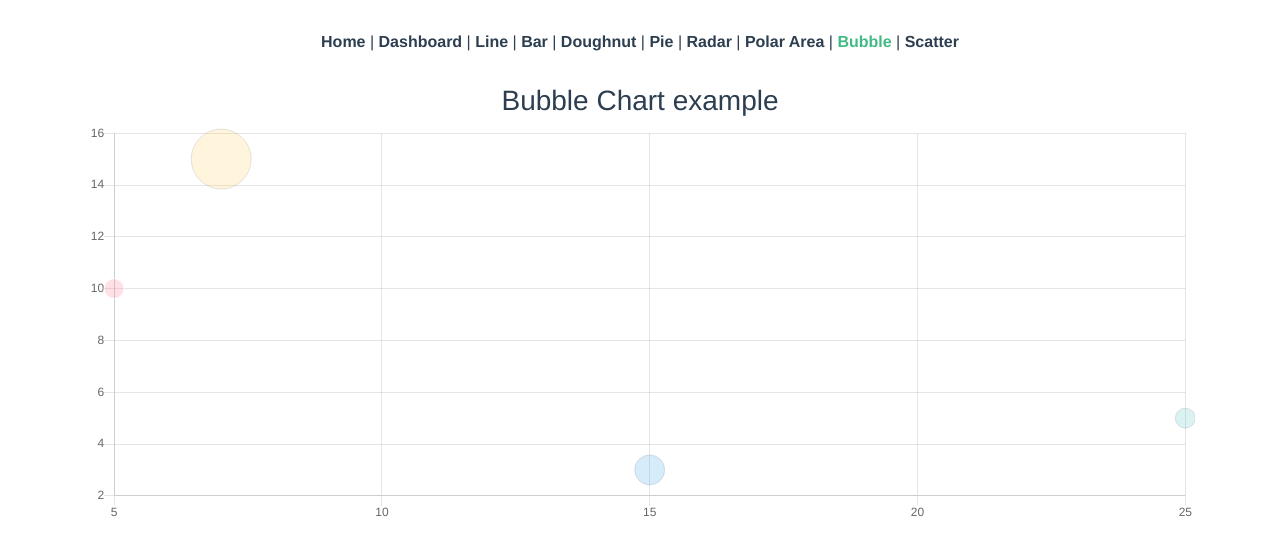
Repository: nashthecoder/vue_learn
Page: /bubble (app in client/)
These files come from the project's save history. The page is drawn as it stood at one moment and after the next save; the edit follows.
The browser window is 1280 px wide. The pictures show the whole page.
The project was rebuilt for these pictures with package versions that can differ from the ones it lists, and the page was loaded fresh each time. Imported but missing from the stored project, and not drawn on this page: client/src/views/Home.vue.

Above is the page before, as saved 2020-12-24 21:41:38.

After the next save:
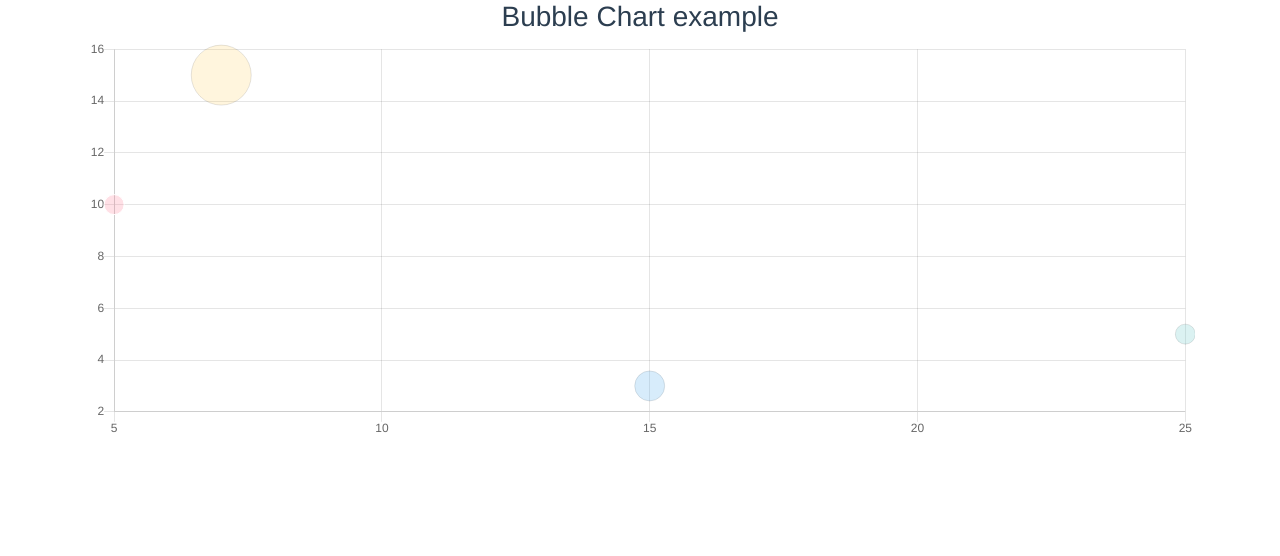
Saved 12 min 28 s later.
--- a/client/src/App.vue
+++ b/client/src/App.vue
@@ -1,17 +1,6 @@
 <template>
   <div id="app">
-    <div id="nav">
-      <router-link to="/">Home</router-link> |
-      <router-link to="/dashboard">Dashboard</router-link> |
-      <router-link to="/line">Line</router-link> |
-      <router-link to="/bar">Bar</router-link> |
-      <router-link to="/doughnut">Doughnut</router-link> |
-      <router-link to="/pie">Pie</router-link> |
-      <router-link to="/radar">Radar</router-link> |
-      <router-link to="/polar-area">Polar Area</router-link> |
-      <router-link to="/bubble">Bubble</router-link> |
-      <router-link to="/scatter">Scatter</router-link>
-    </div>
+    <ResponsiveNav />
     <div class="container">
       <div class="row">
         <div class="col-12">
